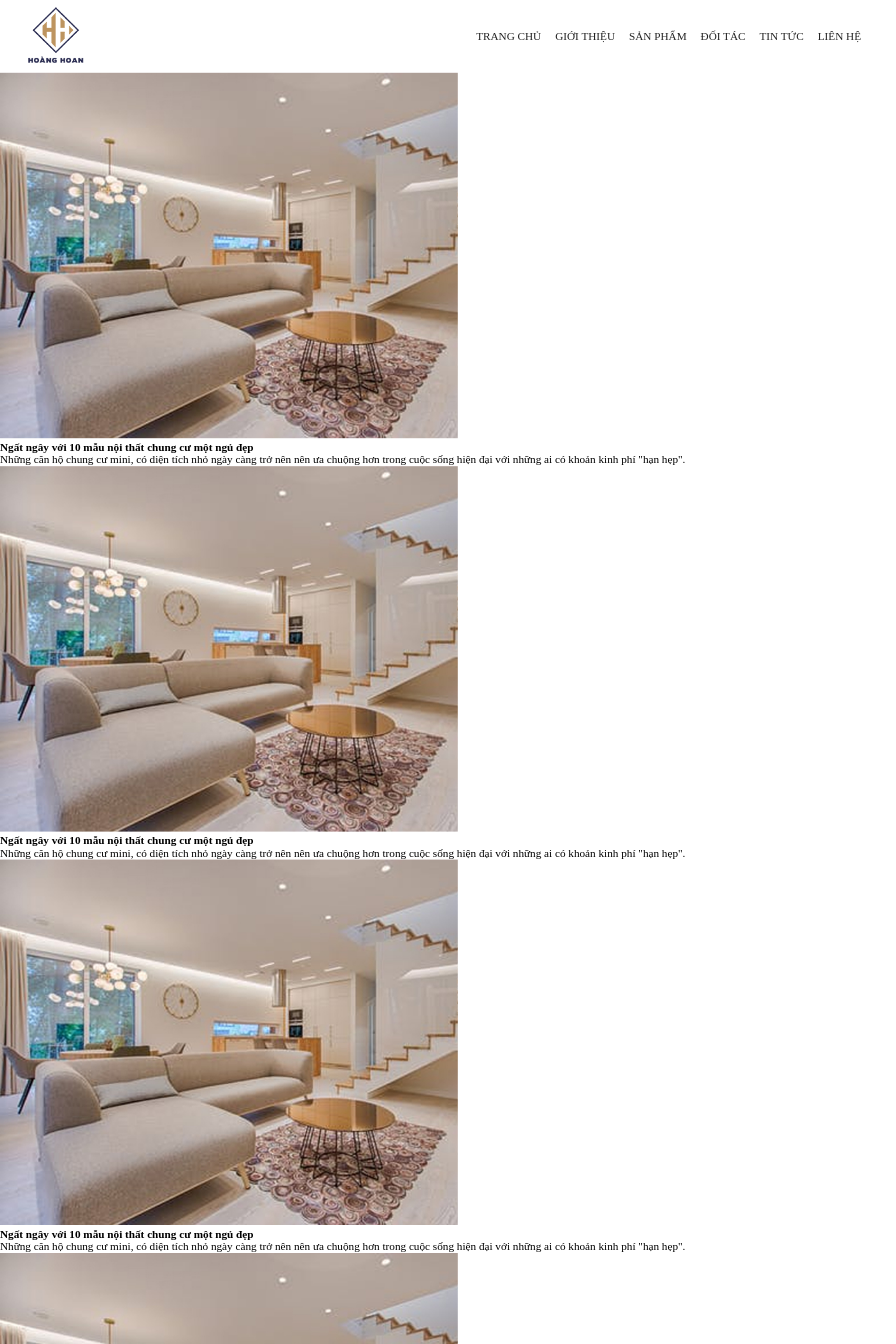
Repository: LDDUNG2003/front_end
Page: news.html
The author's editor kept a copy of each file at every save. The page is drawn from the files as they stood at one save, then again after the next save.
The browser window is 1280 px wide. The pictures show the part of the page from y = 0 to 1920 px (the page is 3635 px tall before and 3772 px after), at 70% of full size.

Above is the page before, as saved 2023-08-29 21:24:41.

After the next save:
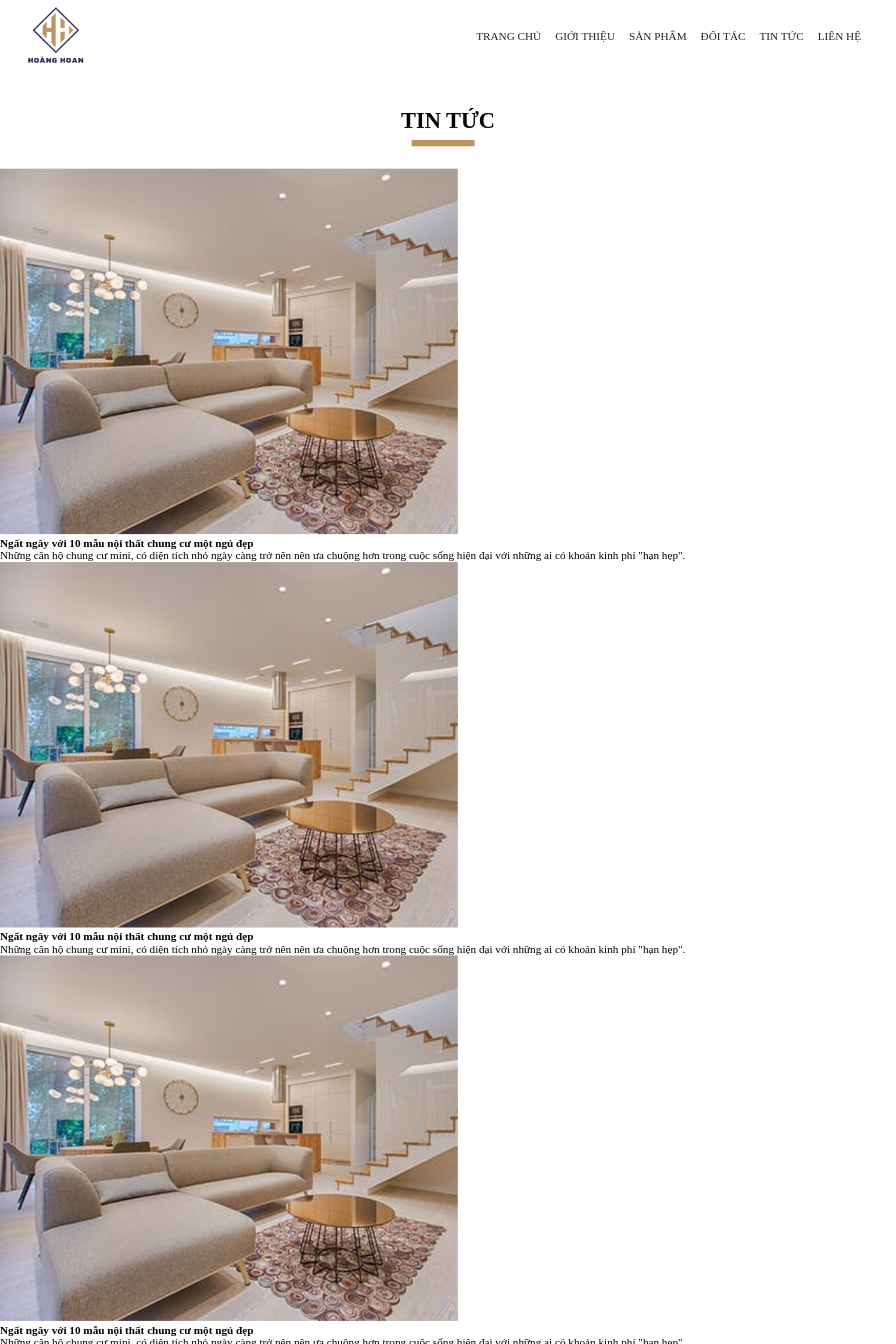
Saved 8 min 10 s later.
--- a/news.html
+++ b/news.html
@@ -40,6 +40,7 @@
             </div>
         </div>
         <div class="news--contet">
+            <h2 class="content--title">tin tức</h2>
             <ul class="news--content-list">
                 <li class="news--content-item">
                     <img src="./public/img/news/tintuc-1.jpg" alt="" class="news--item-img">
